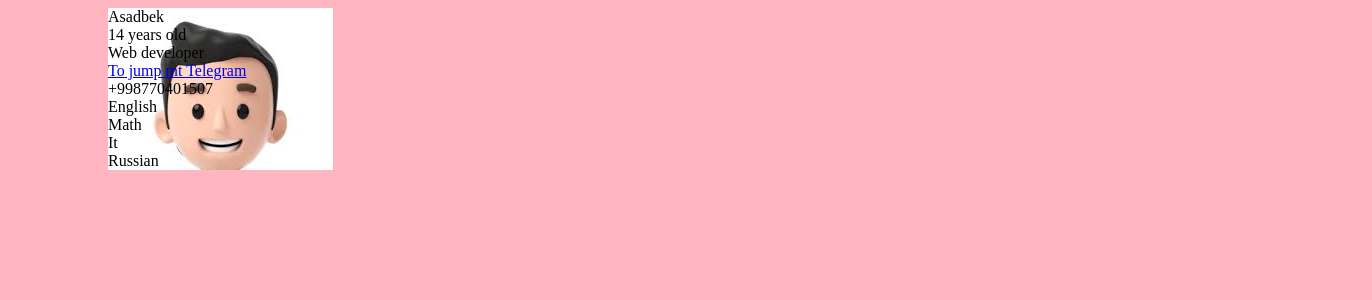
Repository: KHANas02/live-stream
Page: contact.html
The author's editor kept a copy of each file at every save. The page is drawn from the files as they stood at one save, then again after the next save.
The browser window is 1280 px wide. The page is 1372 px wide, so the pictures cover 1372 px, including what lies to the right of the window. The pictures show the whole page.

Above is the page before, as saved 2024-03-25 07:38:39.

### contact.html
<!DOCTYPE html>
<html lang="en">
<head>
    <meta charset="UTF-8">
    <meta name="viewport" content="width=device-width, initial-scale=1.0">
    <title>Contact with us</title>
    <link rel="stylesheet" href="./index.html">
</head>
<style>
    body{
        background-color: lightpink;
    }
    .text{
        background-image:url(data:[embedded picture, 5823 characters]);
       /* border-top-left-radius:20px;
       border-top-right-radius:60px;
       border-bottom-left-radius:80px;
       border-bottom-right-radius:40px;
       background-repeat:no-repeat;
       width: 50px;
       height: 50px; */
       position: relative;
        left: 100px;
        bottom: ;
        background-repeat: no-repeat;
    }

    </style>
<body>
    <div class="container">
  <div class="contact-card">
    <div class="avatar"></div>
    <div class="text1"></div>
  </div>
  <div class="text">Asadbek <br>
14 years old <br>
Web developer <br>
<a href=" https://t.me/wzb_02">To jump mt Telegram</a> <br>
+998770401507 <br>
English <br>
Math <br>
It <br>
Russian <br>

    </div>


</div>
  <div class="contact-card">
    <div class="avatar"></div>
    <div class="text"></div>
  </div>
  <div id="magnifying-glass">
    <div id="glass"></div>
    <div id="handle">
       </div>
</body>
</html>

### index.html
<!DOCTYPE html>
<html lang="en">
  <head>
    <meta charset="UTF-8" />
    <head name="viewport" content="width=device-width, initial-scale=1.0">
      <title>Englify Live_stream</title>
      <link rel="stylesheet" href="./style.css" />
    </head>
    <style>
      .div1Img {
        font-size: 70px;
        font-family: serif;
        font-weight: 100;
        color: rgb(255, 0, 157);
        position: relative;
        left: 25px;
        top: 70px;
      }
      .div2 {
        font-size: 70px;
        font-family: serif;
        font-weight: 100;
        color: rgb(255, 0, 157);
        position: relative;
        left: 25px;
        top: 70px;
      }
      .div3 {
        font-size: 70px;
        font-family: serif;
        font-weight: 100;
        color: rgb(255, 0, 157);
        position: relative;
        left: 25px;
        top: 450px;
      }
    </style>
    <html>
      <body>
        <div class="div1">
          <div class="div1Img">JOIN TO OUR LIVE STREAM</div>
        </div>
        <div class="div2">
          Todat at 21:00 <br />
          Only with coffee
        </div>
        <div class="div3">
          Our on the telegram
          <br />
          @englify_asp <br />
          And join to us
        </div>
        <div class="hamburger-menu">
          <input id="menu__toggle" type="checkbox" />
          <label class="menu__btn" for="menu__toggle">
            <span></span>
          </label>

          <ul class="menu__box">
            <li><a class="menu__item" href="index.html">Главная</a></li>
            <li>
              <a class="menu__item" href="speaking.html"
                >Speaking полезная функция</a
              >
            </li>
            <li><a class="menu__item" href="group.html">участники прямой трансляции</a></li>
            <li><a class="menu__item" href="#">Блог</a></li>
            <li><a class="menu__item" href="contact.html">Контакты</a></li>
          </ul>
        </div>
      </body>
    </html>
  </head>
</html>

After the next save:
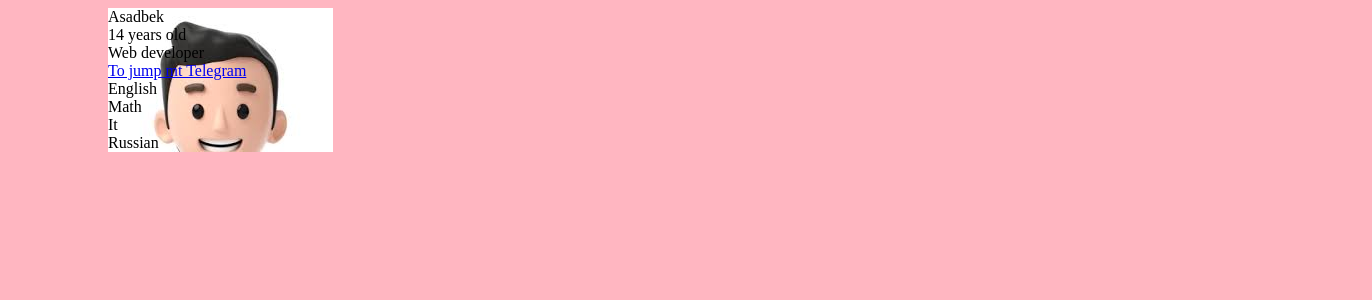
Saved 21 s later.
--- a/contact.html
+++ b/contact.html
@@ -36,7 +36,7 @@
 14 years old <br>
 Web developer <br>
 <a href=" https://t.me/wzb_02">To jump mt Telegram</a> <br>
-+998770401507 <br>
+
 English <br>
 Math <br>
 It <br>
